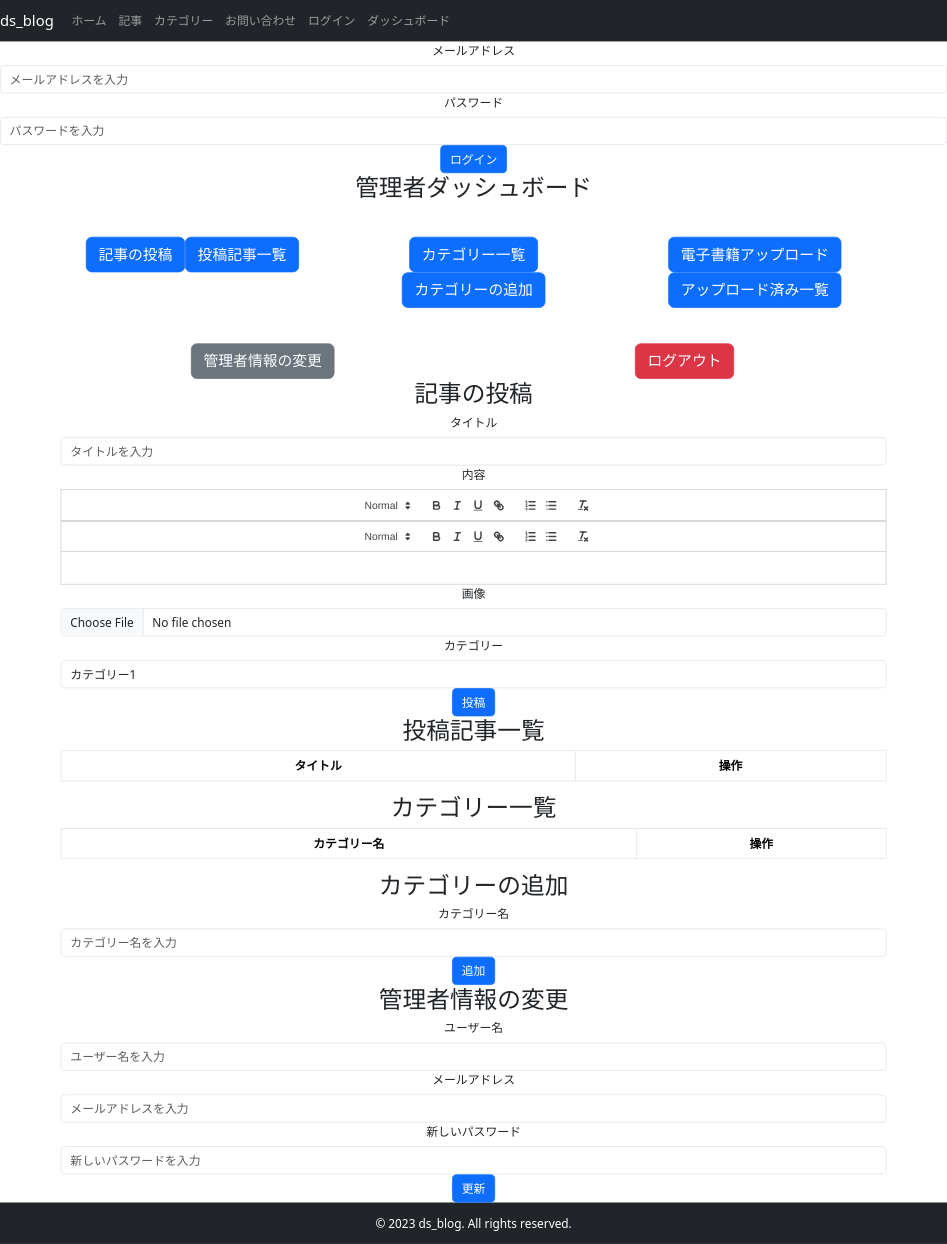
Repository: a-yama100/ds_blog
Page: / (app in frontend/)
The author's editor kept a copy of each file at every save. The page is drawn from the files as they stood at one save, then again after the next save.
The browser window is 1280 px wide. The pictures show the whole page, at 74% of full size.
The page's requests for data from a server got no answer. The project was rebuilt for these pictures with package versions that can differ from the ones it lists, and the page was loaded fresh each time. A package was used in the major version that the imports need, not the one package.json lists. No one was signed in, and anything a server would have sent is missing.

Above is the page before, as saved 2023-10-03 07:39:40.

After the next save:
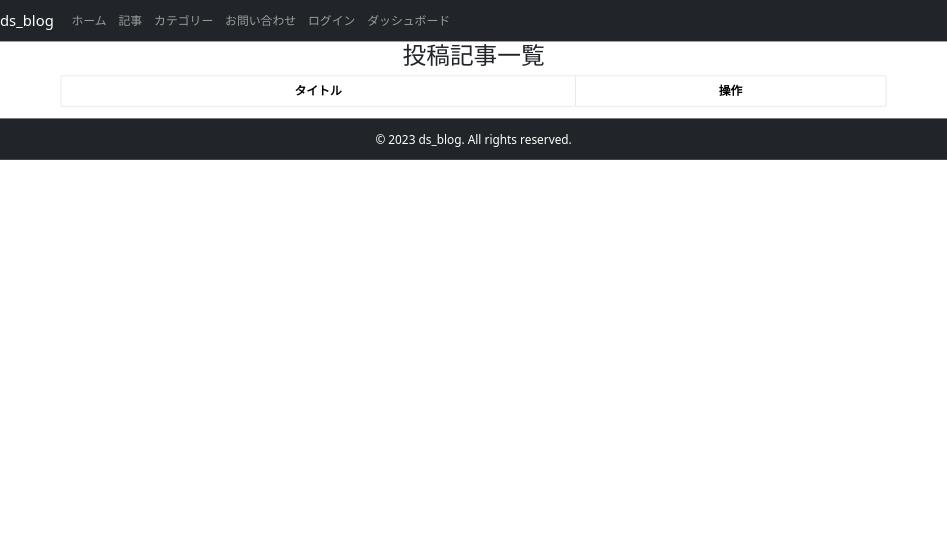
Saved 58 s later.
--- a/frontend/src/App.js
+++ b/frontend/src/App.js
@@ -16,15 +16,21 @@
 function App() {
   return (
     <div className="App">
-      <Header />
-      <Login />
-      <Dashboard />
-      <ArticleCreate />
-      <ArticleList />
-      <CategoryList />
-      <AddCategory />
-      <EditProfile />
-      <Footer />
+      <Router>
+        <Header />
+        <Switch>
+          <Route path="/" exact component={ArticleList} />
+          <Route path="/login" component={Login} />
+          <Route path="/dashboard" component={Dashboard} />
+          <Route path="/create-article" component={ArticleCreate} />
+          <Route path="/articles" component={ArticleList} />
+          <Route path="/categories" component={CategoryList} />
+          <Route path="/add-category" component={AddCategory} />
+          <Route path="/edit-profile" component={EditProfile} />
+          {/* 他のルーティングもこちらに追加してください */}
+        </Switch>
+        <Footer />
+      </Router>
     </div>
   );
 }
